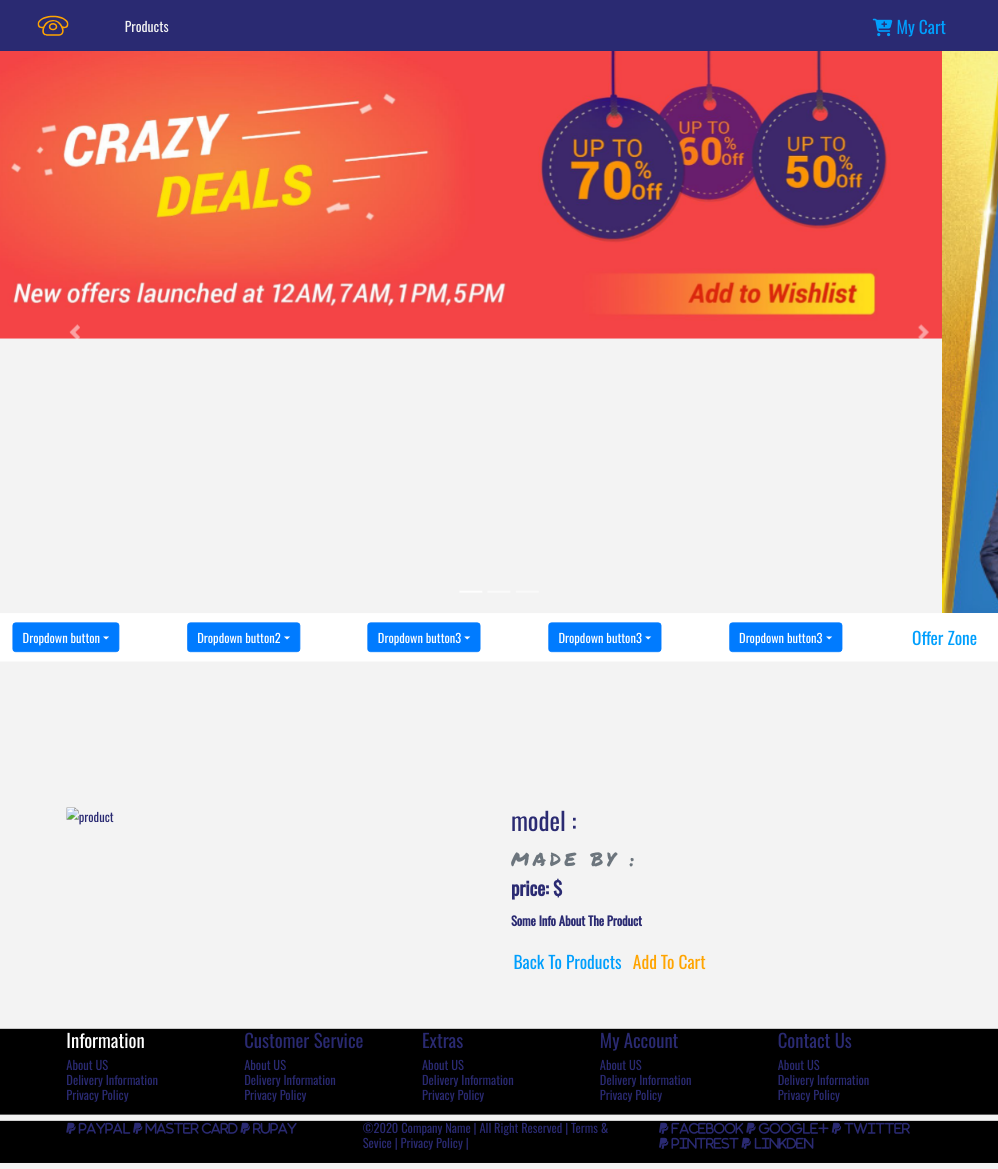
Repository: aditya1068/Online-Store
Page: /details
These files come from the project's save history. The page is drawn as it stood at one moment and after the next save; the edit follows.
The browser window is 1280 px wide. The pictures show the whole page, at 78% of full size.
Some web libraries are served in a nearby version. The project was rebuilt for these pictures with package versions that can differ from the ones it lists, and the page was loaded fresh each time. Also part of the build but not shown: src/components/Products.js, src/components/Title.js, src/components/ProductsList.js, src/components/Cart.js, src/components/Default.js.

Above is the page before, as saved 2020-04-03 03:27:41.

### public/index.html
<!DOCTYPE html>
<html lang="en">
  <head>
    <meta charset="utf-8" />
    <link rel="icon" href="%PUBLIC_URL%/favicon.ico" />
    <meta name="viewport" content="width=device-width, initial-scale=1" />
    <meta name="theme-color" content="#000000" />
    <meta
      name="description"
      content="Web site created using create-react-app"
    />
    <link rel="apple-touch-icon" href="%PUBLIC_URL%/logo192.png" />
    <!--
      manifest.json provides metadata used when your web app is installed on a
      user's mobile device or desktop. See https://developers.google.com/web/fundamentals/web-app-manifest/
    -->
    <link rel="manifest" href="%PUBLIC_URL%/manifest.json" />
    <!--
      Notice the use of %PUBLIC_URL% in the tags above.
      It will be replaced with the URL of the `public` folder during the build.
      Only files inside the `public` folder can be referenced from the HTML.

      Unlike "/favicon.ico" or "favicon.ico", "%PUBLIC_URL%/favicon.ico" will
      work correctly both with client-side routing and a non-root public URL.
      Learn how to configure a non-root public URL by running `npm run build`.
    -->
    <!--Google Fonts-->
    <link href="https://fonts.googleapis.com/css?family=Oswald|Permanent+Marker&display=swap" rel="stylesheet">

    <!--Font Awesome-->
    <script src="https://kit.fontawesome.com/7ff98d2d13.js" crossorigin="anonymous"></script>
    <title>Store</title>
  </head>
  <body>
    <noscript>You need to enable JavaScript to run this app.</noscript>
    <div id="root"></div>
    <!--
      This HTML file is a template.
      If you open it directly in the browser, you will see an empty page.

      You can add webfonts, meta tags, or analytics to this file.
      The build step will place the bundled scripts into the <body> tag.

      To begin the development, run `npm start` or `yarn start`.
      To create a production bundle, use `npm run build` or `yarn build`.
    -->
  </body>
</html>

### src/index.js
import React from 'react';
import ReactDOM from 'react-dom';
import './index.css';
import 'bootstrap';
//import 'bootstrap/dist/css/bootstrap.css';
//import 'bootstrap/dist/js/bootstrap.js';
import App from './App';
import { BrowserRouter as Router } from 'react-router-dom';
import {ProductProvider } from './context';
import * as serviceWorker from './serviceWorker';

ReactDOM.render(
    <ProductProvider>

    <Router>
    <App/>
    </Router>

    </ProductProvider>,



 document.getElementById('root'));

// If you want your app to work offline and load faster, you can change
// unregister() to register() below. Note this comes with some pitfalls.
// Learn more about service workers: https://bit.ly/CRA-PWA
serviceWorker.unregister();

### src/App.js
import React, { Component } from "react";
import {Route,Switch} from 'react-router-dom';
import { BrowserRouter as  Router} from 'react-router-dom';
import './App.css';
import "bootstrap/dist/css/bootstrap.min.css";
import Navbar from "./components/Navbar";
import Navbar1 from "./components/Navbar1";
import ProductsList from "./components/ProductsList";
import Details from "./components/Details";
import Cart from "./components/Cart";
import Default from "./components/Default";
import Modal from './components/Modal';
import Slider from "./components/Slider";
import Footer from "./components/Footer";
import Footer2 from "./components/Footer2";

class App extends Component {
  render() {
    return(

      <Router>
        <Navbar />
        <Slider />
        <Navbar1 />

          <Switch>
            <Route path ="/" exact component ={
              () => (<ProductsList></ProductsList>)
            } />

            <Route path ="/details" exact component ={
              () => (<Details></Details>)
             } />

            <Route path ="/cart" exact component ={
              () => (<Cart></Cart>)
            } />

              <Route  component ={
              () => (<Default></Default>)
            } />

              </Switch>

            <Modal />
            <Footer />
            <Footer2 />
  </Router>

    );
  }
}

export default App;

### src/context.js
import React, { Component } from 'react';
import { storeProducts, detailProduct } from './data';

const ProductContext = React.createContext();
// Provider
// Consumer

class ProductProvider extends Component {
   state = {
     products: [],
     detailProduct: detailProduct,
     cart: [],
     modalOpen: false,
     modalProduct: detailProduct,
     cartSubTotal: 0,
     cartTax: 0,
     CartTotal: 0,
   };

   componentDidMount() {
     this.setProducts();
   }

   setProducts = () => {
     let tempProducts = [];
     storeProducts.forEach(item => {
       const singleItem = { ...item };
       tempProducts = [...tempProducts, singleItem];
     });
     this.setState(() => {
       return { products: tempProducts };
     });
   };

    getItem = (id) => {
      const product = this.state.products.find(item => item.id === id);
      return product;
    };

   handleDetail =(id) => {
     const product = this.getItem(id);
     this.setState(() => {
       return { detailProduct:product };
     });
   };

 addToCart =(id) => {
   let tempProducts = [...this.state.products];
   const index = tempProducts.indexOf(this.getItem(id));
   const product = tempProducts[index];
   product.inCart = true;
   product.count = 1;
   const  price  = product.price;
   product.total = price;
   this.setState(() => {
     return { products: tempProducts, cart: [...this.state.cart, product] };
   },
   () => {
     this.addTotals();
   });
 };

    openModal = id => {
      const product = this.getItem(id);
      this.setState(() => {
        return { modalProduct: product, modalOpen: true };
      });
    }

closeModal = () => {
  this.setState(() => {
    return { modalOpen: false };
  });
};

increment = (id) => {
  let tempCart = [...this.state.cart];
  const selectedProduct = tempCart.find(item=>item.id === id);

  const index = tempCart.indexOf(selectedProduct);
  const product = tempCart[index];

  product.count += 1;
  product.total = product.count * product.price;

  this.setState(() => {
    return { cart: [...tempCart] };
  },
  () => {
    this.addTotals();
  });
}

decrement = (id) => {
  let tempCart = [...this.state.cart];
  const selectedProduct = tempCart.find(item => item.id === id);

  const index = tempCart.indexOf(selectedProduct);
  const product = tempCart[index];
  product.count = product.count - 1;
  if (product.count === 0) {
    this.removeItem(id);
  } else {
    product.total = product.count * product.price;
    this.setState(() => {
      return { cart: [...tempCart] };
    },
    () => { this.addTotals(); });
  }
};

removeItem = (id) => {
  const tempProducts = [...this.state.products];
  let tempCart = [...this.state.cart];

  tempCart = tempCart.filter(item => item.id !== id);
  const index = tempProducts.indexOf(this.getItem(id));
  const removedProduct = tempProducts[index];
  removedProduct.inCart = false;
  removedProduct.Count = 0;
  removedProduct.total = 0;
  this.setState(() => {
    return {
      cart: [...tempCart],
      products: [...tempProducts],
    };
  });
}

clearCart =() => {
  this.setState(() => {
    return { cart: [] };
  }, () => {
    this.setProducts();
    this.addTotals();
  });
};

addTotals =() => {
  let subTotal = 0;
  this.state.cart.map(item => (subTotal += item.total));
  const tempTax = subTotal * .18;
  const tax = parseFloat(tempTax.toFixed(1));
  const total = subTotal + tax;
  this.setState(() => {
    return {
      cartSubTotal: subTotal,
      cartTax: tax,
      CartTotal: total,
    };
  });
};

render() {
  return (
    <ProductContext.Provider value={{
      ...this.state,
      handleDetail: this.handleDetail,
      addToCart: this.addToCart,
      openModal: this.openModal,
      closeModal: this.closeModal,
      increment: this.increment,
      decrement: this.decrement,
      removeItem: this.removeItem,
      clearCart: this.clearCart,
    }}
    >
      {this.props.children}
    </ProductContext.Provider>
  );
}
}


const ProductConsumer = ProductContext.Consumer;

export { ProductProvider, ProductConsumer };

### src/App.css
:root{
  --mainBlue: #2a2a72;
  --lightBlue: #009ffd;
  --mainWhite: #f3f3f3;
  --mainDark: #232528;
  --mainYellow: #ffa400;
}
body{
    font-family: 'Oswald', sans-serif !important;
    background: var(--mainWhite)!important;
    color: var(--mainBlue)!important ;
}
.text-title{
font-family: 'Permanent Marker', cursive;
letter-spacing: 0.3rem;
text-transform: uppercase;
}
.text-blue{
  color: var(--mainBlue);
}
.text-bright{
  color: var(--lightBlue);
}
.btn-black{
  background: transparent;
  text-transform: capitalize;
  font-size: 0.6rem !important;
  color: var(--mainDark);
  border-radius: 0 !important;
  border: 0.1rem solid var(--mainDark) !important;
}

.btn-black:hover{
  background: var(--mainDark) !important;
  color: var(--mainWhite) !important;
}

.cart-icon{
  cursor: pointer;
  font-size: 1.2rem;
  color: var(--mainYellow);
}

### src/components/Navbar.js
import React, { Component } from 'react';
import {Link} from 'react-router-dom';
import logo from "../logo.svg";
import styled from "styled-components";
import {ButtonContainer} from  './button';
export default class Navbar extends Component{
    render(){
        return(

           <NavWrapper className="navbar navbar-expand-sm navbar-dark  px-sm-5">
               { /*
                https://www.iconfinder.com/icons/1243689/call_phone_icon
                Creative Commons (Attribution 3.0 Unported);
               https://www.iconfinder.com/Makoto_msk */}
    <Link to ='/' >
     <img src={logo} alt = "store" className="navbar-brand" />
    </Link>
    <ul className= "navbar-nav align-items-center">
        <li className="nav-item ml-5">
        <Link to= "/" className= "nav-link">
            products
            </Link>
            </li>
        </ul>
        <Link to= '/Cart' className="ml-auto">

        <ButtonContainer>
            <span className ="mr-2">
                <i className="fas fa-cart-plus"></i>  my cart
                </span> </ButtonContainer>
        </Link>
            </NavWrapper>
        );
    }
}

const NavWrapper =styled.nav`
background: var(--mainBlue);
.nav-link{
    color:var(--mainWhite)!important;
    font-size: 1.1rem;
    text-transform: capitalize;
}
`;

### src/components/Details.js
import React, { Component } from 'react';
import {ProductConsumer} from '../context';
import {Link} from 'react-router-dom';
import {ButtonContainer} from './button';
export default class Details extends Component{
    render(){
        return(

            <ProductConsumer>
                {(value)=>{
                    const {id,company,img,info,price,title,inCart}=
                    value.detailProduct;
                    return(
                        <div className="container py-5">
                            {/*title */}
                            <div className="row">
                                <div className="col-10 mx-auto text-center text-slanted text-blue my-5">
                                    <h1>{title}</h1>
                                    </div>
                            </div>

                            {/*end title */}
                            {/*Product info */}
                            <div className="row">
                                <div className="col-10 mx-auto col-md-6 my-3">

                                 <img src={img} className="img-fluid" alt="product"/>
                                </div>
                                {/* Product text */}
                                <div className="col-10 mx-auto col-md-6 my-3  text-capitalise">
                                    <h2>model :{title}</h2>
                                    <h4  className="text-title text-upercase text-muted mt-3 mb-2">
                                   made by : <span className="text-uppercase">
                                       {company}</span>  </h4>
                                       <h4 className="text-blue">
                                           <strong>
                                               price: <span>$</span>
                                          {price}
                                           </strong>
                                  </h4>
                                <p className="text-capitalize font-weight-bold mt-3 mb-0">
                                    some info about the product
                                </p>
                                <p className="text-muted lead">{info}</p>
                                {/* buttons */}
                                <div>
                                    <Link to="/">
                                        <ButtonContainer>back to products</ButtonContainer>
                                    </Link>
                                    <ButtonContainer cart
                                     disabled={inCart ? true : false}
                                     onClick={()=>{
                                        value.addToCart(id);
                                        value.openModal(id);
                                     }}
                                     >
                                        {inCart ? "inCart": "add to cart"}
                                    </ButtonContainer>

                                </div>
                            </div>
                        </div>
                        </div>
                    );
                }}

            </ProductConsumer>

        );
    }

}

### src/components/Modal.js
import React, { Component } from 'react'
import styled from 'styled-components';
import {ProductConsumer} from '../context';
import {ButtonContainer } from './button';
import {Link} from "react-router-dom";


export default class  extends Component {
    render() {
        return (
            <ProductConsumer>
                {(value) => {
                    const {modalOpen,closeModal} = value;
                    const {img,title,price} = value.modalProduct;

                    if(!modalOpen){
                        return null;
                    }

                    else{
                return (
                <ModalContainer>
    <div className="container">
    <div className="row">
      <div id="modal" className= "col-8 mx-auto col-md-6 col-lg-4 text-center text-capitalize">
    <h5>item added to the cart</h5>
    <img src={img} className="img-fluid" alt="product" />
    <h5>{title}</h5>
    <h5 className= "text-muted">price : $ {price} </h5>
    <Link to ='/'>
        <ButtonContainer onClick={()=>closeModal()}>
            continue Shopping
        </ButtonContainer>
    </Link>
    <Link to ='/cart'>
        <ButtonContainer cart onClick={()=>closeModal()}>
            go to Cart
        </ButtonContainer>
    </Link>
    </div>
    </div> </div>
                        </ModalContainer>
                        );

                }
            }}
            </ProductConsumer>
        );
    }
}

const ModalContainer = styled.div`
position:fixed;
top: 0;
left: 0;
right: 0;
bottom: 0;
background: rgba(0,0,0,0.3);
display: flex;
align-items: center;
justufy-content: center;
#modal{
    background: var(--mainWhite);
}
`;

### src/components/Slider.js
import React, { Component } from 'react'
import Carousel from 'react-bootstrap/Carousel'
//import Carousel from 'react-multi-carousel';
import 'react-multi-carousel/lib/styles.css';
import {Link} from 'react-router-dom';

export default class Slider extends Component {
    render() {
        return (
            <div>
                <Carousel>
  <Carousel.Item>
    <img
      className="d-block w-100"
      src="img/slider1.jpg"
      alt="First slide"
    />
    <Carousel.Caption>
      <h3></h3>
      <p></p>
    </Carousel.Caption>
  </Carousel.Item>
  <Carousel.Item>
    <img
      className="d-block w-100"
      src="img/slider2.jpg"
      alt="Second slide"
    />

    <Carousel.Caption>

    </Carousel.Caption>
  </Carousel.Item>
  <Carousel.Item>
    <img
      className="d-block w-100"
      src="img/slider3.jpg"
      alt="Third slide"
    />


  </Carousel.Item>
</Carousel>
            </div>
        )
    }
}

### src/components/Footer.js
import React, { Component } from 'react';


export default class Footer extends Component {
    render() {
      return (
          <div className="main-footer"  >
             <h1 style={{backgroundColor: "black"}}>
              <div className= "container">
              <div className= "row">
                  {/* column1 */}
                  <div className= "col">
                  <h4 style={{color: "white"}}>Information</h4>
                      <ul className="list-unstyled">
                         <h6> <li>About US</li>

                          <li>Delivery Information</li>
                          <li>Privacy Policy</li></h6>
                      </ul>
                  </div>
                  {/* column2 */}
                  <div className= "col">
                      <h4>Customer Service</h4>
                      <ul className="list-unstyled">
                         <h6> <li>About US</li>
                          <li>Delivery Information</li>
                          <li>Privacy Policy</li></h6>
                      </ul>
                  </div>
                  {/* column3 */}
                  <div className= "col">
                      <h4>Extras</h4>
                      <ul className="list-unstyled">
                         <h6> <li>About US</li>
                          <li>Delivery Information</li>
                          <li>Privacy Policy</li></h6>
                      </ul>
                  </div>
                  {/*column 4 */}
                  <div className= "col">
                      <h4>My Account</h4>
                      <ul className="list-unstyled">
                        <h6>  <li>About US</li>
                          <li>Delivery Information</li>
                          <li>Privacy Policy</li></h6>
                      </ul>
                  </div>
                   {/*column 5 */}
                   <div className= "col">
                      <h4>Contact Us</h4>
                      <ul className="list-unstyled">
                        <h6>  <li>About US</li>
                          <li>Delivery Information</li>
                          <li>Privacy Policy</li></h6>
                      </ul>
                  </div>



                  </div>
              </div></h1>
          </div>

      )
      }}

### src/components/Footer2.js
import React, { Component } from 'react';

export default class Footer2 extends Component {
    render() {
      return (
        <div className="second-footer">
            <h1 style={{backgroundColor: "black"}}>
              <div className= "container">
              <div className= "row">
                  {/* column1 */}
                  <div className= "col">
                      <ul className="list-unstyled">
                        <h6> <i className="fab fa-paypal"> Paypal </i> {""}
                          <i className="fab fa-paypal"> Master Card </i> {""}
                          <i className="fab fa-paypal"> Rupay </i> {""}</h6>
                      </ul>
                  </div>
                          {/* column2 */}
                   <div className= "col">

                      <ul className="list-unstyled">
                         <h6>  &copy;{(new Date().getFullYear())} Company Name | All Right Reserved |
                           Terms & Sevice | Privacy Policy |    </h6>
                      </ul>
                  </div>

                        {/*Column 3*/}
                        <div className= "col">
                      <ul className="list-unstyled">
                     <h6><i className="fab fa-paypal"> Facebook </i> {""}
                          <i className="fab fa-paypal"> Google+ </i> {""}
                          <i className="fab fa-paypal"> Twitter </i> {""}
                          <i className="fab fa-paypal"> Pintrest </i> {""}
                          <i className="fab fa-paypal"> Linkden </i> {""}</h6>

                      </ul>
                  </div>
                     </div>
                  </div></h1>
                 </div>



      )
    }
}

### src/components/button.js
import styled from "styled-components"



export const ButtonContainer = styled.button`
text-transform:capitalize;
font-size:1.4rem;
background: transparent;
border: 0.05 rem solid var(--lightBlue);
color: var(--lightBlue);
border-color: ${props => (props.cart? "var(--mainYellow)": "var--(lightBlue)")};
color ${prop => prop.cart ? "var(--mainYellow)": "var--(lightBlue)"};
border-radius: 0.5rem;
padding:0.2rem;
cursor:pointer;
margin:0.2rem 0.5rem 0.2rem 0;
transition:all 0.5s ease-in-out;
&:hover: {
    background:${prop => prop.cart ? "var(--mainYellow)": "var--(lightBlue)"};
    color:var(--mainBlue);
}
&:focus{
    outLine: none;
}
`;

Loaded but not shown: src/index.css (common file); src/serviceWorker.js (common file); src/data.js (99 lines, source omitted); src/components/Navbar1.js (89 lines, source omitted)

After the next save:
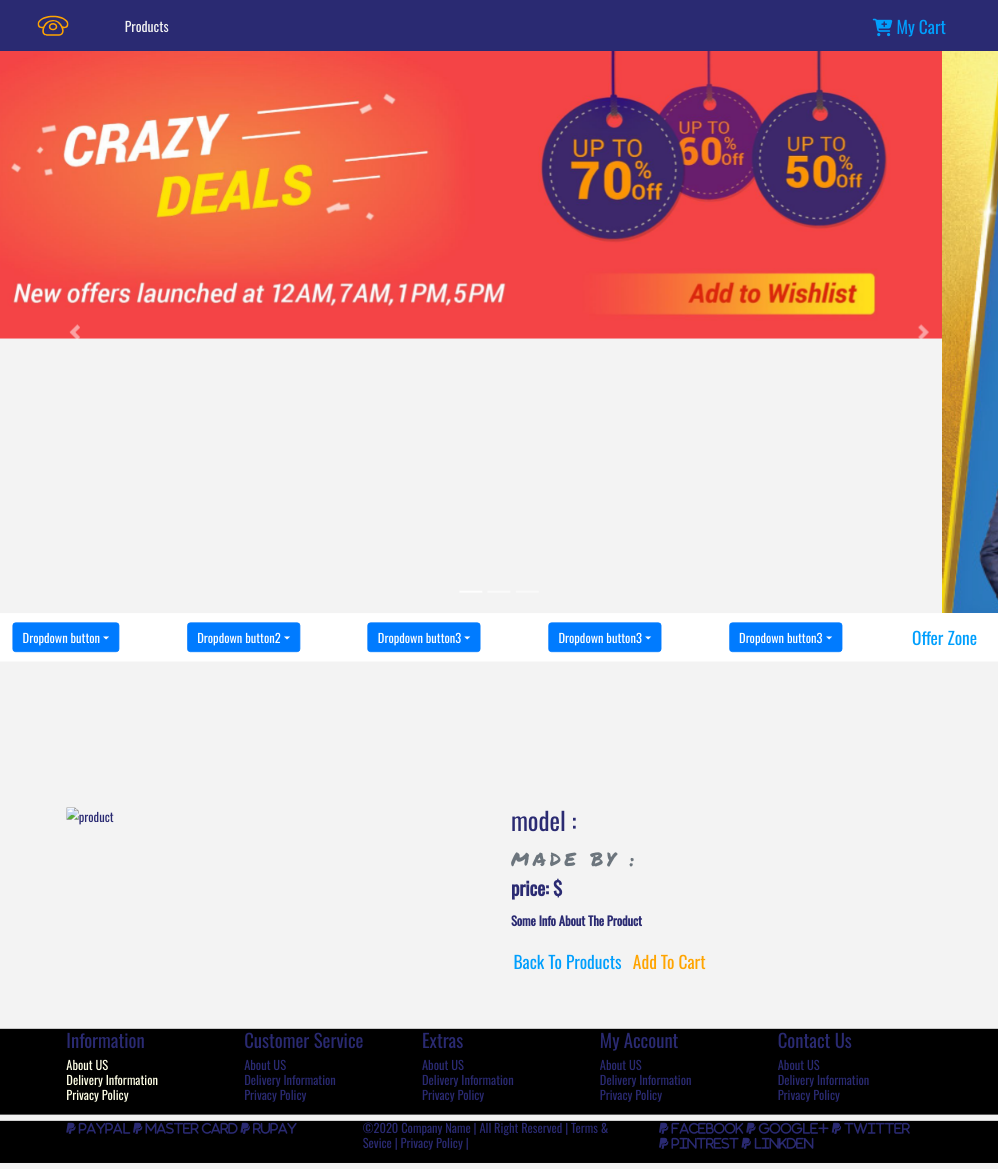
Saved 3 min 4 s later.
--- a/src/components/Footer.js
+++ b/src/components/Footer.js
@@ -10,10 +10,9 @@ export default class Footer extends Component {
               <div className= "row">
                   {/* column1 */}
                   <div className= "col">
-                  <h4 style={{color: "white"}}>Information</h4>
-                      <ul className="list-unstyled">
+                  <h4 style={{color: "#fffff"}}>Information</h4>
+                      <ul className="list-unstyled" style={{color: "#ffffe6"}} >
                          <h6> <li>About US</li>
-
                           <li>Delivery Information</li>
                           <li>Privacy Policy</li></h6>
                       </ul>
